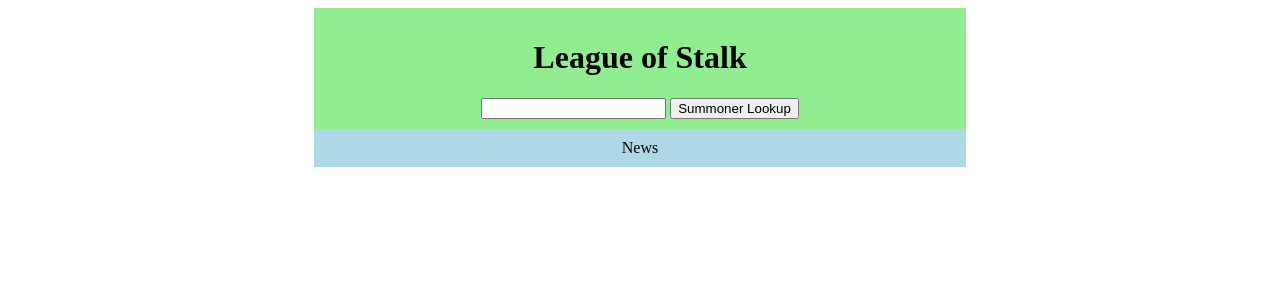
Repository: Dreifingerjpey/TestLos
Page: http://localhost/LeagueOfStalk/
These files come from the project's save history. The page is drawn as it stood at one moment and after the next save; the edit follows.
The browser window is 1280 px wide. The pictures show the whole page.
The page is served by Tomcat 9.

Above is the page before, as saved 2017-08-05 10:41:22.

After the next save:
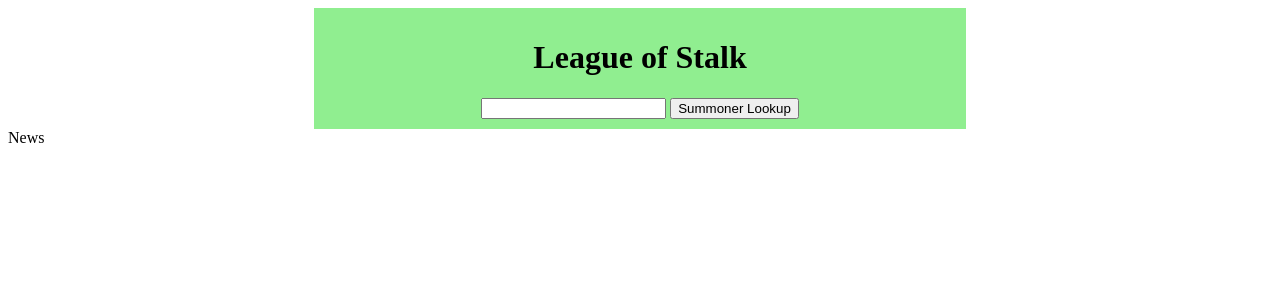
Saved 8 min 29 s later.
--- a/Eclipse/LeagueOfStalk/WebContent/index.jsp
+++ b/Eclipse/LeagueOfStalk/WebContent/index.jsp
@@ -22,7 +22,7 @@
 		</form>
 	</div>
 
-	<div class="frontpage">News</div>
+	<div class="news">News</div>
 
 </body>
 

After the save that followed:
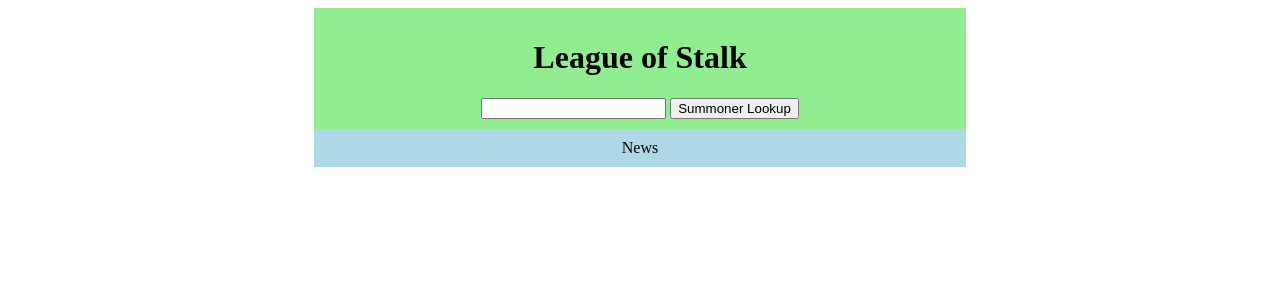
Saved 27 s later.
--- a/Eclipse/LeagueOfStalk/WebContent/CSS/Style.css
+++ b/Eclipse/LeagueOfStalk/WebContent/CSS/Style.css
@@ -13,6 +13,16 @@
 		width: 50%;
 		padding: 10px;
 	}
+
+	.news{
+		background-color: lightblue;
+		text-align: center;
+		width: 50%;
+		padding: 10px;
+		margin: auto;
+		display: block;
+	}
+
 	.profile{
 		display: block;
 	    margin: auto;
@@ -20,14 +30,14 @@
 		text-align: center;
 		background-color: lightgreen;
 	}
-	.frontpage{
-		background-color: lightblue;
+	.profile{
+		display: block;
+	    margin: auto;
+	    width: 50%;
 		text-align: center;
-		width: 50%;
-		padding: 10px;
-		margin: auto;
-		display: block;
+		background-color: lightgreen;
 	}
+
 	h1{
 
 	}
